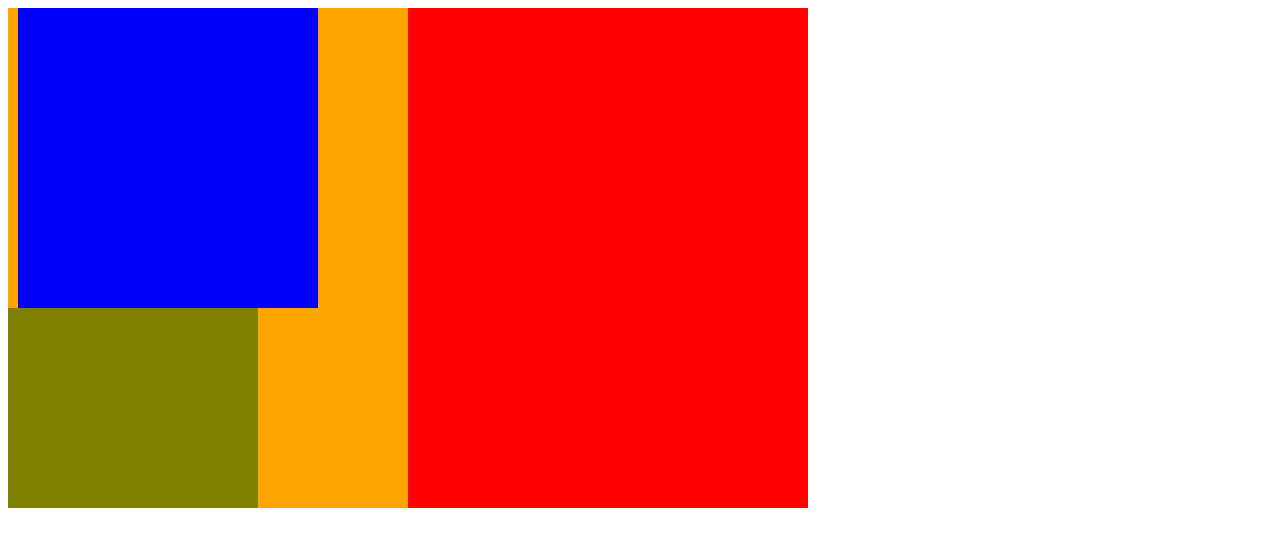
Repository: Seokho96/CSSPractice
Page: css/sample02/WebContent/index5.html
The author's editor kept a copy of each file at every save. The page is drawn from the files as they stood at one save, then again after the next save.
The browser window is 1280 px wide. The pictures show the whole page.

Above is the page before, as saved 2020-07-13 03:18:06.

### css/sample02/WebContent/index5.html
<!DOCTYPE html>
<html>
<head>
<meta charset="UTF-8">
<title>Insert title here</title>

<style type="text/css">

#fullScreen{
   width: 800px;
   height: 500px;
   background-color: red;
}
#left{
   width: 400px;
   height: 500px;
   background-color: orange;
   float: left;
}
#right{
   width: 400px;
   height: 500px;
   background-color: yellow;
   float:''left
}
#leftup{
   width: 300px;
   height: 300px;
   background-color: blue;
   margin-left: 10px;
}
#leftdown{
  width: 250px;
  height: 200px;
  background-color: olive;
}
#rightup{
   width: 350px;
   height: 200px;
   background-color: black;
   margin-left: 10px;
}
#rightdown{
  width: 200px;
  height: 300px;
  background-color: gray;
}


</style>
</head>
<body>

<div id="fullScreen">
   <div id="left">
   <div id="leftup">
   </div>
   <div id="leftdown">
   </div>
   </div>
   <div id="right">
   <div id="righttup">
   </div>
   <div id="righttdown">
   </div>
   </div>
</div>

</body>
</html>

After the next save:
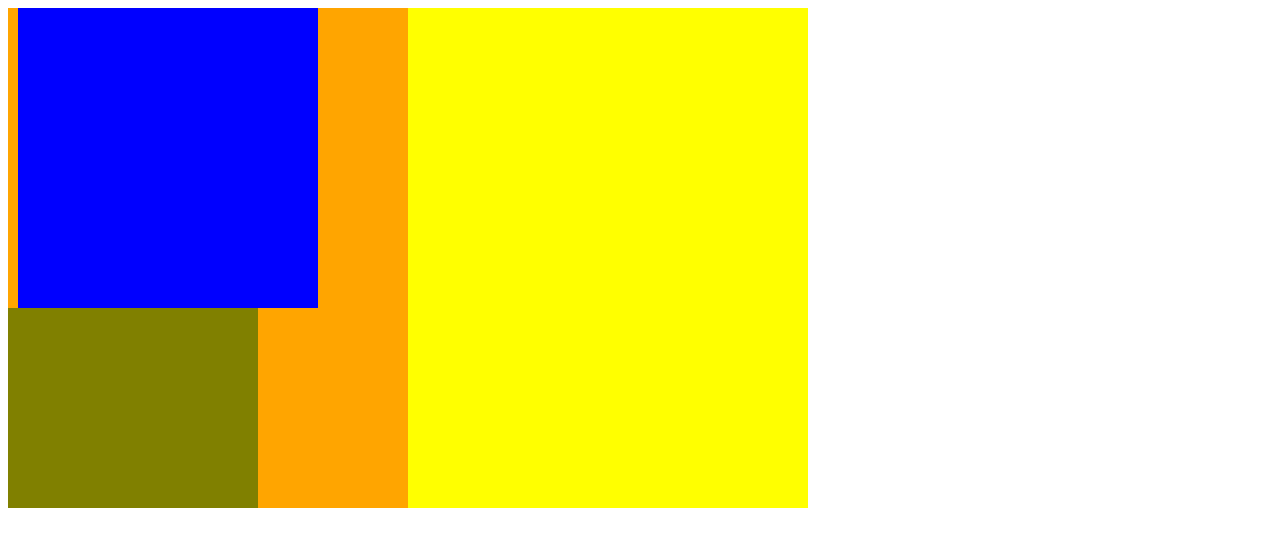
Saved 20 s later.
--- a/css/sample02/WebContent/index5.html
+++ b/css/sample02/WebContent/index5.html
@@ -21,7 +21,7 @@
    width: 400px;
    height: 500px;
    background-color: yellow;
-   float:''left
+   float:right
 }
 #leftup{
    width: 300px;
